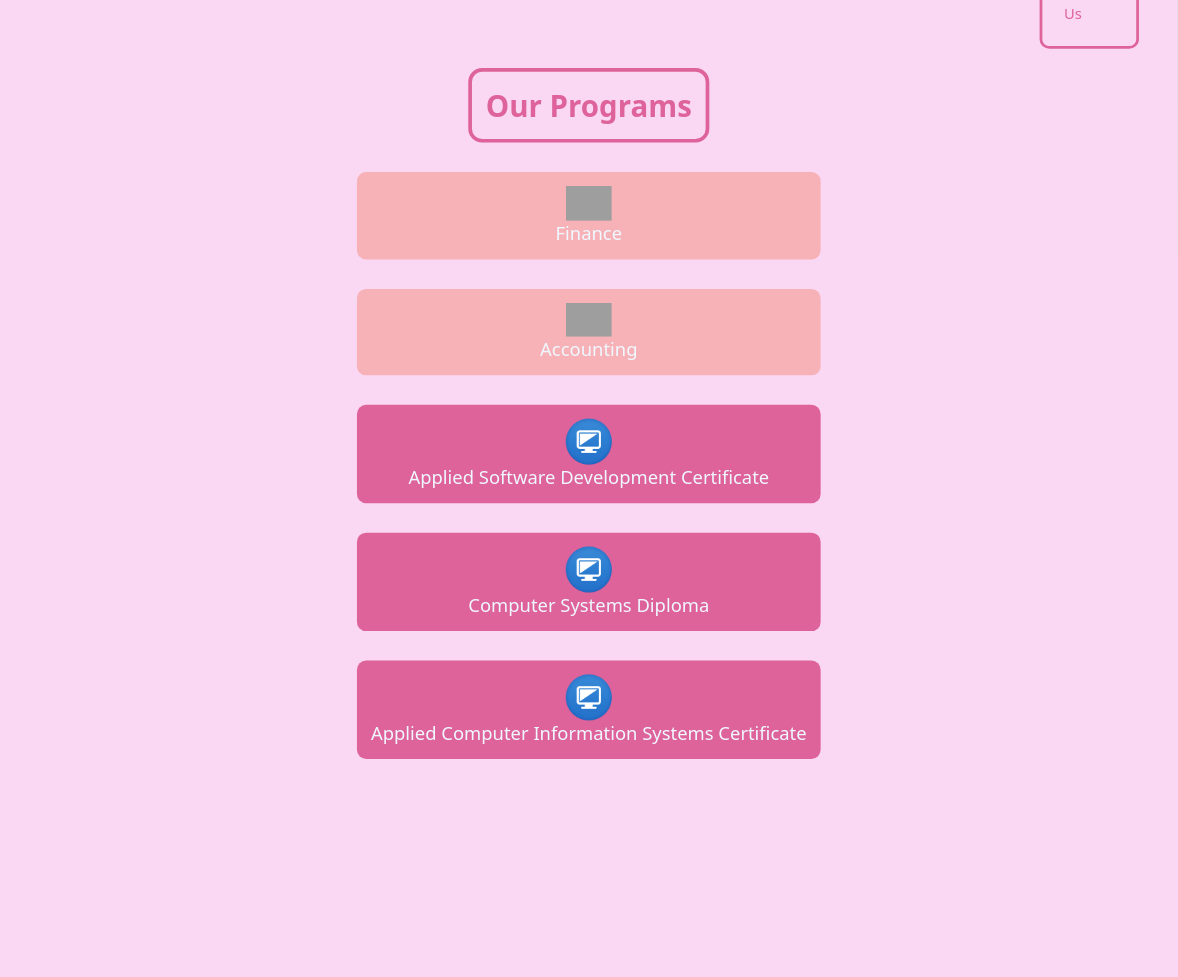
Repository: carolinalxu/class-3-assignment
Page: /
These files come from the project's save history. The page is drawn as it stood at one moment and after the next save; the edit follows.
The browser window is 1280 px wide. The pictures show the whole page, at 92% of full size.
Pictures or frames that could not be fetched are drawn as grey boxes. The project was rebuilt for these pictures with package versions that can differ from the ones it lists, and the page was loaded fresh each time. The framework's server and built-in components were replaced by stand-ins that run in the browser. Also part of the build but not shown: next.config.js.

Above is the page before, as saved 2023-01-25 23:36:11.

After the next save:
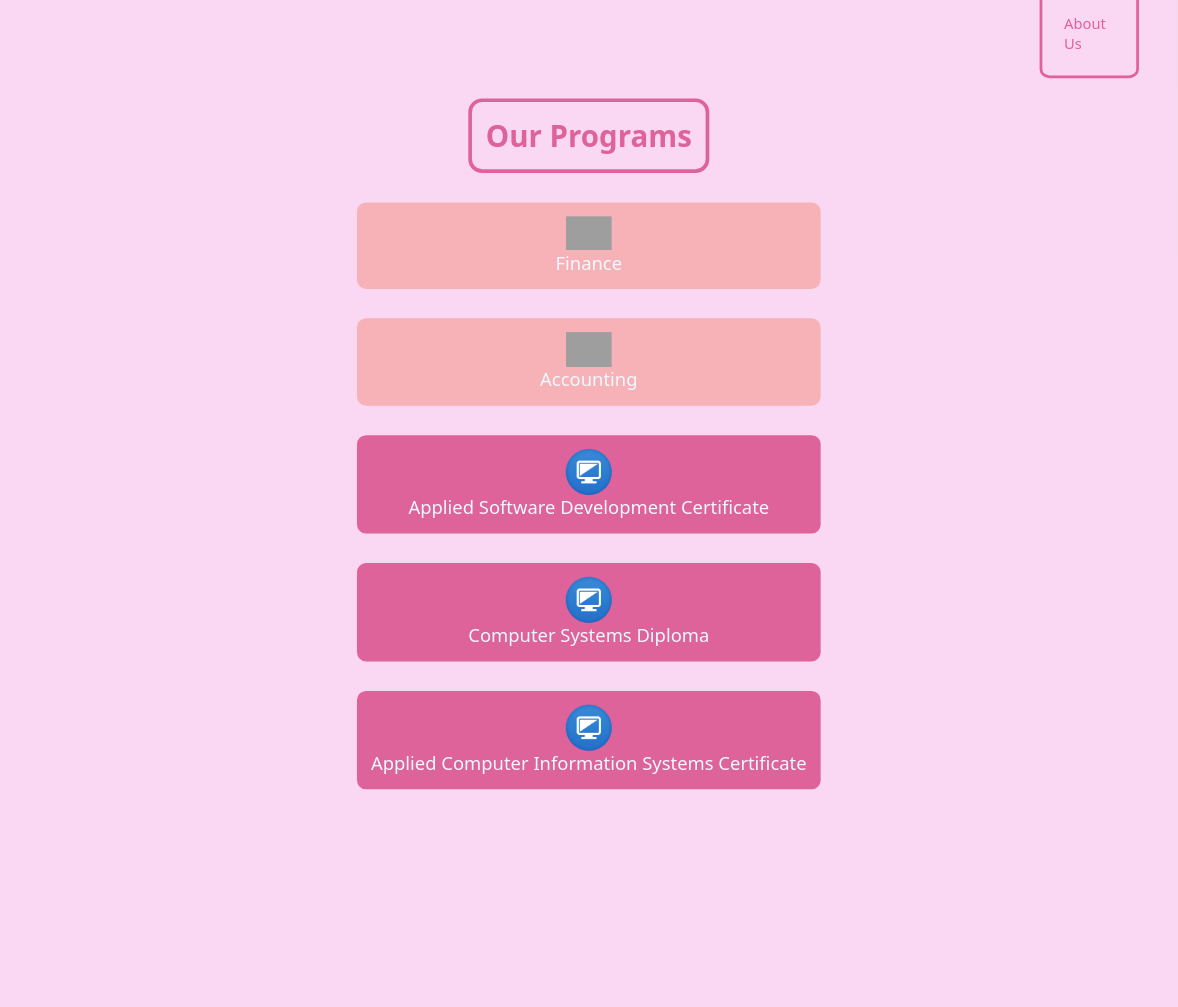
Saved 15 s later.
--- a/styles/Home.module.css
+++ b/styles/Home.module.css
@@ -36,7 +36,7 @@
   font-weight: 500;
   color: #DE639A;
   margin-left: 100%;
-  margin-top: -13%;
+  margin-top: -10%;
   width: 10%;
 }
 
